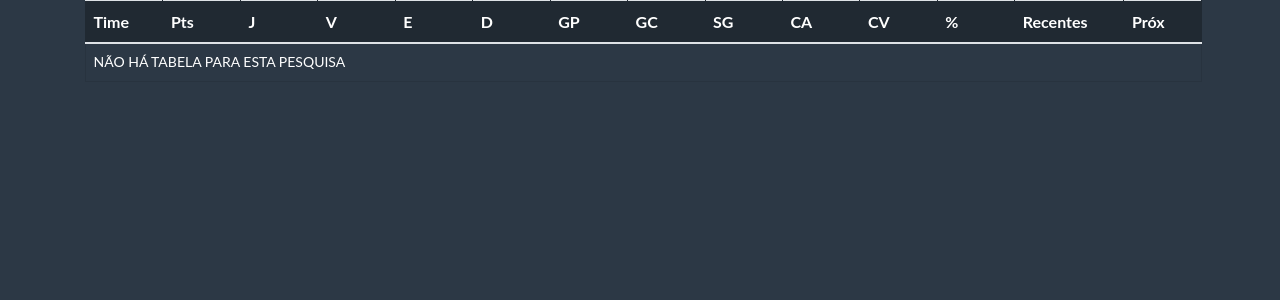
Repository: danielvieira7/campeonato-brasileiro-embed
Page: index.html
These files come from the project's save history. The page is drawn as it stood at one moment and after the next save; the edit follows.
The browser window is 1280 px wide. The pictures show the whole page.
The page's requests for data from a server got no answer. Some web libraries are served in a nearby version.

Above is the page before, as saved 2021-02-12 00:22:20.

### index.html
<!doctype html>
<html lang="en">
<head>
    <title>Tabela do Campeonato Brasileiro</title>
    <!-- Required meta tags -->
    <meta charset="utf-8">
    <meta name="viewport" content="width=device-width, initial-scale=1, shrink-to-fit=no">

    <!-- Bootstrap CSS -->
    <link rel="stylesheet" href="https://stackpath.bootstrapcdn.com/bootstrap/4.3.1/css/bootstrap.min.css" integrity="sha384-ggOyR0iXCbMQv3Xipma34MD+dH/1fQ784/j6cY/iJTQUOhcWr7x9JvoRxT2MZw1T" crossorigin="anonymous">
    <!-- <link rel="stylesheet" href="//cdn.datatables.net/1.10.23/css/jquery.dataTables.min.css"> -->
    <link rel="stylesheet" href="style-dark-theme.css">
</head>
<body>

    <div class="container">
        <table class="table" id="tabela-campeonato-brasileiro">
            <thead>
                <tr>
                    <th>Time</th>
                    <th>Pts</th>
                    <th>J</th>
                    <th>V</th>
                    <th>E</th>
                    <th>D</th>
                    <th>GP</th>
                    <th>GC</th>
                    <th>SG</th>
                    <th>CA</th>
                    <th>CV</th>
                    <th>%</th>
                    <th>Recentes</th>
                    <th>Próx</th>
                </tr>
            </thead>
            <tbody>
                <tr>
                    <td scope="row"></td>
                    <td></td>
                    <td></td>
                    <td></td>
                    <td></td>
                    <td></td>
                    <td></td>
                    <td></td>
                    <td></td>
                    <td></td>
                    <td></td>
                    <td></td>
                    <td></td>
                    <td></td>
                </tr>
            </tbody>
        </table>
    </div>

    <!-- Optional JavaScript -->
    <!-- jQuery first, then Popper.js, then Bootstrap JS -->
    <script src='https://cdnjs.cloudflare.com/ajax/libs/jquery/3.5.1/jquery.min.js' integrity='sha512-bLT0Qm9VnAYZDflyKcBaQ2gg0hSYNQrJ8RilYldYQ1FxQYoCLtUjuuRuZo+fjqhx/qtq/1itJ0C2ejDxltZVFg==' crossorigin='anonymous'></script>

    <script src="https://cdnjs.cloudflare.com/ajax/libs/popper.js/1.14.7/umd/popper.min.js" integrity="sha384-UO2eT0CpHqdSJQ6hJty5KVphtPhzWj9WO1clHTMGa3JDZwrnQq4sF86dIHNDz0W1" crossorigin="anonymous"></script>
    <script src="https://stackpath.bootstrapcdn.com/bootstrap/4.3.1/js/bootstrap.min.js" integrity="sha384-JjSmVgyd0p3pXB1rRibZUAYoIIy6OrQ6VrjIEaFf/nJGzIxFDsf4x0xIM+B07jRM" crossorigin="anonymous"></script>
    <script src="//cdn.datatables.net/1.10.23/js/jquery.dataTables.min.js"></script>
    <script src="app.js"></script>
</body>
</html>

### style-dark-theme.css
/* CSS by: https://codepen.io/hbuchel/pen/sFefL */
* {
    box-sizing: border-box;
}

html.open, body.open {
    height: 100%;
    overflow: hidden;
}

html {
    font-size: 62.5%;
}

body {
    background-color: #2C3845;
    line-height: 1.6;
    -webkit-font-smoothing: antialiased;
    color: #fff;
    font-size: 1.6rem;
    font-family: 'Lato', sans-serif;
}

.container {
    background-color: #2C3845;
}

table {
    display: block;
}

tr, td, tbody, tfoot {
    display: block;
}

thead {
    display: none;
}

tr {
    padding-bottom: 10px;
}
th {
    text-align: center;
}
td {
    color: #fff;
    text-transform: uppercase;
    font-size: 1.4rem;
    display: block;
    text-align: center;
}

table {
    width: 100%;
}

th {
    text-align: left;
    font-weight: 700;
}

thead th {
    background-color: #202932;
    color: #fff;
    border: 1px solid #202932;
}

tfoot th {
    display: block;
    text-align: center;
    color: #b8c4d2;
}

@media (min-width: 460px) {
    td {
        text-align: left;
    }
    td:before {
        display: inline-block;
        text-align: right;
        width: 140px;
    }

    .select {
        padding-left: 160px;
    }
}
@media (min-width: 720px) {
    table {
        display: table;
    }

    tr {
        display: table-row;
    }

    td, th {
        display: table-cell;
    }

    tbody {
        display: table-row-group;
    }

    thead {
        display: table-header-group;
    }

    tfoot {
        display: table-footer-group;
    }

    td {
        border: 1px solid #28333f;
    }
    td:before {
        display: none;
    }

    td, th {
        padding: 10px;
    }

    tr:nth-child(2n+2) td {
        background-color: #242e39;
    }

    tfoot th {
        display: table-cell;
    }
}

### app.js
var tabelaCampeonatoBrasileiro

$(function () {


    var options = {
        "searching": false,
        "paging": false,
        "info": false,
        "ajax": "https://danielvieira7.github.io/campeonato-brasileiro-json-api/campeonato-brasileiro.json",
        // "ajax": "json.json",
        "dom": '<"top"if>rt<"bottom"><"clear">',
        "language": { "emptyTable": "Não há tabela para esta pesquisa",
            "sInfo": "Exibindo um total de _TOTAL_ times.",
            "sInfoEmpty": "",
            "search": "Pesquisar: ",
            "infoFiltered": "",
            "sZeroRecords": "Não há tabela para esta pesquisa",},
        columns: [
            {"data": "nome"},
            {"data": "pontos"},
            {"data": "jogos"},
            {"data": "vitorias"},
            {"data": "empates"},
            {"data": "derrotas"},
            {"data": "gols_pro"},
            {"data": "gols_contra"},
            {"data": "saldo_gols"},
            {"data": "cartoes_amarelo"},
            {"data": "cartoes_vermelhos"},
            {"data": "aproveitamento"},
            {"data": "recentes"},
            {"data": "proximo_adversario"},
        ],
        columnDefs:[
            { "targets": 0, "width": "5%", "className": "dt-center"},
            { "targets": 1, "width": "5%", "className": "dt-center"},
            { "targets": 2, "width": "5%", "className": "dt-center"},
            { "targets": 3, "width": "5%", "className": "dt-center"},
            { "targets": 4, "width": "5%", "className": "dt-center"},
            { "targets": 5, "width": "5%", "className": "dt-center"},
            { "targets": 6, "width": "5%", "className": "dt-center"},
            { "targets": 7, "width": "5%", "className": "dt-center"},
            { "targets": 8, "width": "5%", "className": "dt-center"},
            { "targets": 9, "width": "5%", "className": "dt-center"},
            { "targets": 10, "width": "5%", "className": "dt-center"},
            { "targets": 11, "width": "5%", "className": "dt-center"},
            { "targets": 12, "width": "5%", "className": "dt-center"},
            { "targets": 13, "width": "5%", "className": "dt-center"},
        ],
        "order": [[ 1, "desc" ]],
        "pageLength": 25
    }

    tabelaCampeonatoBrasileiro = $("#tabela-campeonato-brasileiro").DataTable(options)

})

After the next save:
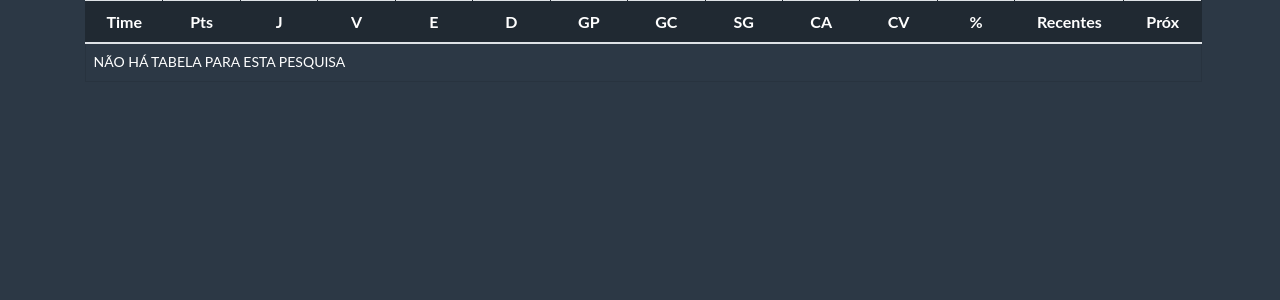
Saved 7 s later.
--- a/style-dark-theme.css
+++ b/style-dark-theme.css
@@ -40,7 +40,7 @@ thead {
 tr {
     padding-bottom: 10px;
 }
-th {
+tr th {
     text-align: center;
 }
 td {
